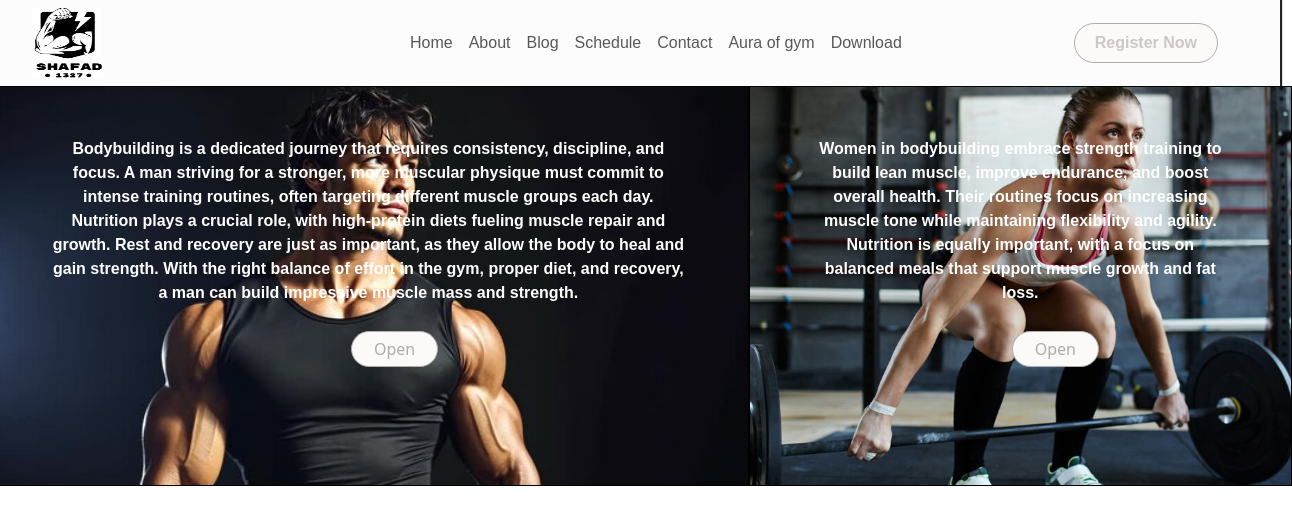
Repository: Daud-shafad/gymwebsite
Page: bootstrap-5.3.3-dist/bootstrap-5.3.3-dist/gym.html
An editor plug-in stored every save of this project. The page is shown before and after the next save, followed by the edit.
The browser window is 1280 px wide. The page is 1292 px wide, so the pictures cover 1292 px, including what lies to the right of the window. The pictures show the whole page.

Above is the page before, as saved 2024-12-28 13:59:27.

After the next save:
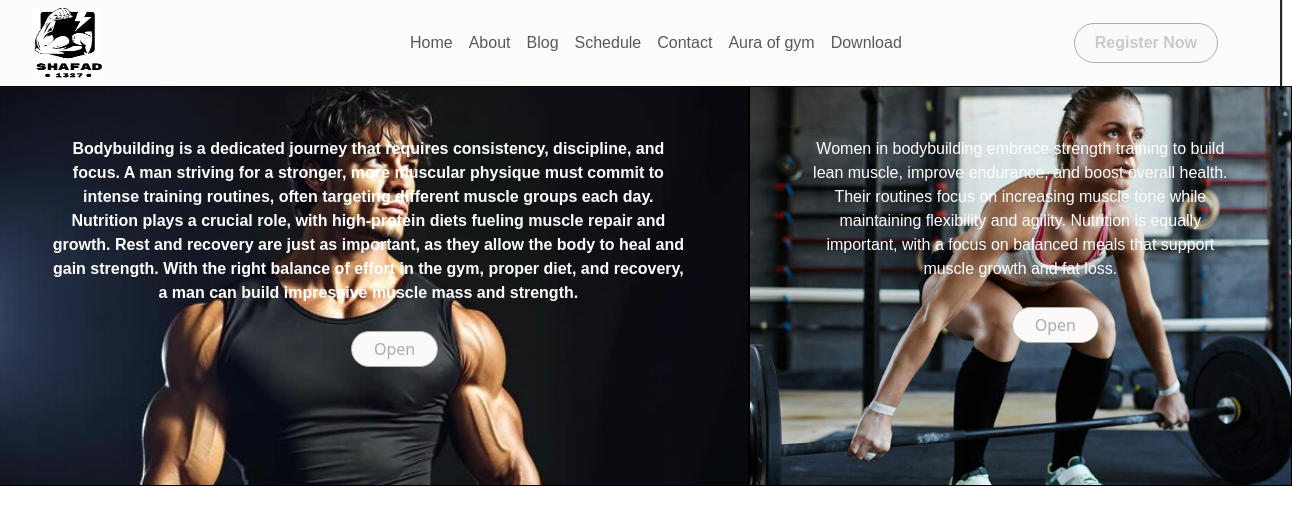
Saved 52 s later.
--- a/bootstrap-5.3.3-dist/bootstrap-5.3.3-dist/gym.css
+++ b/bootstrap-5.3.3-dist/bootstrap-5.3.3-dist/gym.css
@@ -86,7 +86,7 @@
 .row .col-5 .p-women-bodybuilding{
     font-family: sans-serif;
     font-size: 16px;
-    font-weight: 600;
+    font-weight: 400;
     text-align: center;
     padding: 50px;
     color: white;
